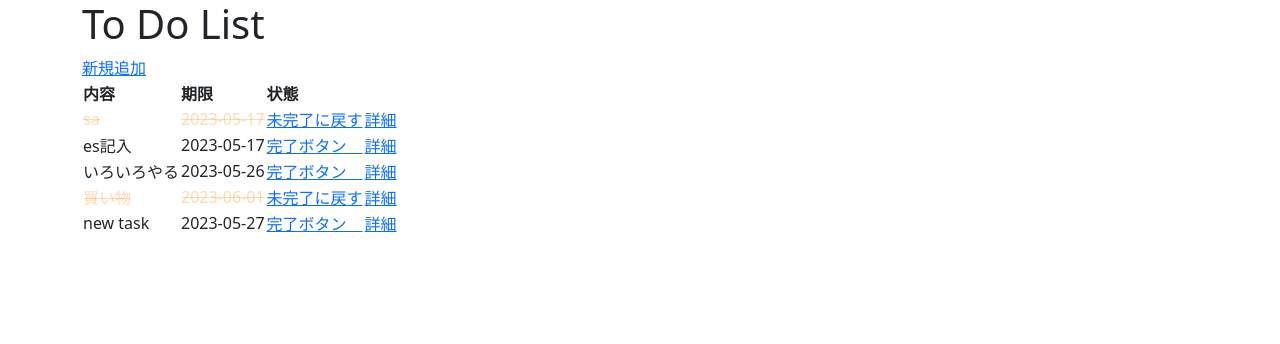
Repository: sgmtg/ToDoList
Page: http://localhost/
The author's editor kept a record of every edit. The page is drawn from the files as they stood at one moment, then again after the next edit.
The browser window is 1280 px wide. The pictures show the whole page.
The page is served by the project's application, run on Flask 3 (app.py). The page reads the database file committed with the project.

Above is the page before.

### templates/index.html
{% extends 'base.html' %}

{% block body %}
<div class="container">
  <div class="row">
    <div>
        <h1>To Do List</h1>
        <a href="/create">新規追加</a>
        <table>
            </th><th>内容</th><th>期限</th><th>状態</th></tr>
        <tbody>
        {% for post in posts %}
            <tr>
                <span>
                <td  {% if post.done %} class="done" {% endif %}>{{ post.title }}</td>
                <td  {% if post.done %} class="done" {% endif %}>{{ post.due.date() }}</td>
                </span>
                <td><a href="/change_status/{{ post.id }}">{% if post.done %}未完了に戻す{% else %}完了ボタン　{% endif %}</a></td>
                <td><a href="/detail/{{ post.id }}">詳細</a></td>

            </tr>
        {% endfor %}
        </tbody>
        </table>
    </div>
  </div>
</div>
{% endblock %}

### templates/base.html
<html lang="ja">
    <head>
        <title>My To Do List</title>
        <meta charset="UTF-8">
        <meta name="viewport" content="width=device-width, initial-scale=1.0">
        <link rel="stylesheet" href="/static/css/style.css">
        <link href="https://cdn.jsdelivr.net/npm/bootstrap@5.0.2/dist/css/bootstrap.min.css" rel="stylesheet" integrity="sha384-EVSTQN3/azprG1Anm3QDgpJLIm9Nao0Yz1ztcQTwFspd3yD65VohhpuuCOmLASjC" crossorigin="anonymous">
        {% block head %}{% endblock %}
    </head>
    <body>
       {% block body %}{% endblock %}
    </body>
</html>

### app.py
from flask import Flask, request, render_template, redirect, url_for
from flask_sqlalchemy import SQLAlchemy
from datetime import datetime

app = Flask(__name__)
app.config['SQLALCHEMY_DATABASE_URI'] = 'sqlite:///todo.db'  # todo.dbという名前のdbを設定
db = SQLAlchemy(app)  # dbを生成



class Post(db.Model):
    id = db.Column(db.Integer, primary_key=True)  # 主キー
    title = db.Column(db.String(30), nullable=False)
    detail = db.Column(db.String(100))  # 空でもok
    due = db.Column(db.DateTime, nullable=False)  # 日付型を指定
    done = db.Column(db.Boolean, default=False)  # 完了かどうか



@app.route('/', methods=['GET', 'POST'])
def index():
    if request.method == 'GET':
        posts = Post.query.all()
        return render_template('index.html', posts=posts)

    else:
        title = request.form.get('title')
        detail = request.form.get('detail')
        due = request.form.get('due')

        due = datetime.strptime(due, '%Y-%m-%d')  # フォームから文字列を受け取るため日付型に変換
        new_post = Post(title=title, detail=detail, due=due)

        db.session.add(new_post)
        db.session.commit()
        return redirect('/')

@app.route('/create')
def create():
    return render_template('create.html')


@app.route('/detail/<int:id>')
def detail(id):
    post = Post.query.get(id)  # 該当するidの投稿内容を取得
    return render_template('detail.html', post=post)

@app.route('/change_status/<int:id>')
def change_status(id):
    app.logger.info(id)

    post = Post.query.get(id)
    app.logger.info(post)

    post.done = not post.done
    db.session.commit()
    return redirect('/')


# アプリケーションコンテキスト内でデータベース操作を行うための関数を作成
def create_tables():
    db.create_all()


if __name__ == "__main__":
    app.run(port=3000, debug=True)  # 8080
    create_tables()

### static/css/style.css

.done {
  text-decoration: line-through;
  color: hsla(30, 100%, 50%, .3);
}

### instance/todo.db (the tables this page reads, as SQL)
CREATE TABLE post (
	id INTEGER NOT NULL, 
	title VARCHAR(30) NOT NULL, 
	detail VARCHAR(100), 
	due DATETIME NOT NULL, 
	done BOOLEAN, 
	PRIMARY KEY (id)
);
INSERT INTO "post" VALUES
(1, 'sa', '上記の修正では、app.app_context()のコンテキストマネージャを使用してアプリケーションコンテキストを作成し、その中でdb.create_all()を実行しています。これにより、アプリケーションコンテキスト内でデータベース操作が行われます。', '2023-05-17 00:00:00.000000', 1),
(2, 'es記入', 'さまざまな Forms (フォーム) を作成するための control styles (フォームコントロールスタイル)、layout options (レイアウトオプション)、custom components (カスタムコンポ', '2023-05-17 00:00:00.000000', 0),
(3, 'いろいろやる', '', '2023-05-26 00:00:00.000000', 0),
(4, '買い物', 'ここに詳細を記入', '2023-06-01 00:00:00.000000', 1),
(5, 'new task', 'hogehoge', '2023-05-27 00:00:00.000000', 0);

After the next edit:
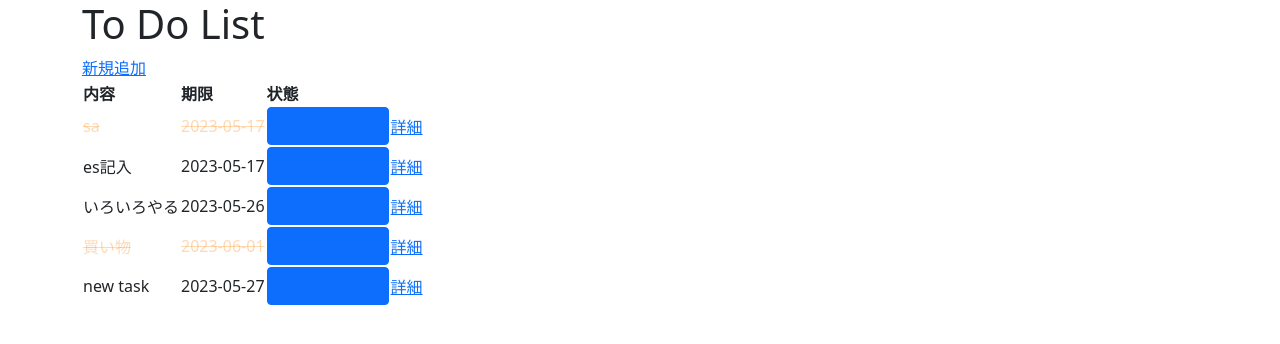
The edit:
--- a/templates/index.html
+++ b/templates/index.html
@@ -15,7 +15,11 @@
                 <td  {% if post.done %} class="done" {% endif %}>{{ post.title }}</td>
                 <td  {% if post.done %} class="done" {% endif %}>{{ post.due.date() }}</td>
                 </span>
-                <td><a href="/change_status/{{ post.id }}">{% if post.done %}未完了に戻す{% else %}完了ボタン　{% endif %}</a></td>
+                <td><a href="/change_status/{{ post.id }}">
+                    <button type="submit" class="btn btn-primary">
+                    {% if post.done %}未完了に戻す
+                    {% else %}完了ボタン
+                    {% endif %}</a></td>
                 <td><a href="/detail/{{ post.id }}">詳細</a></td>
 
             </tr>
